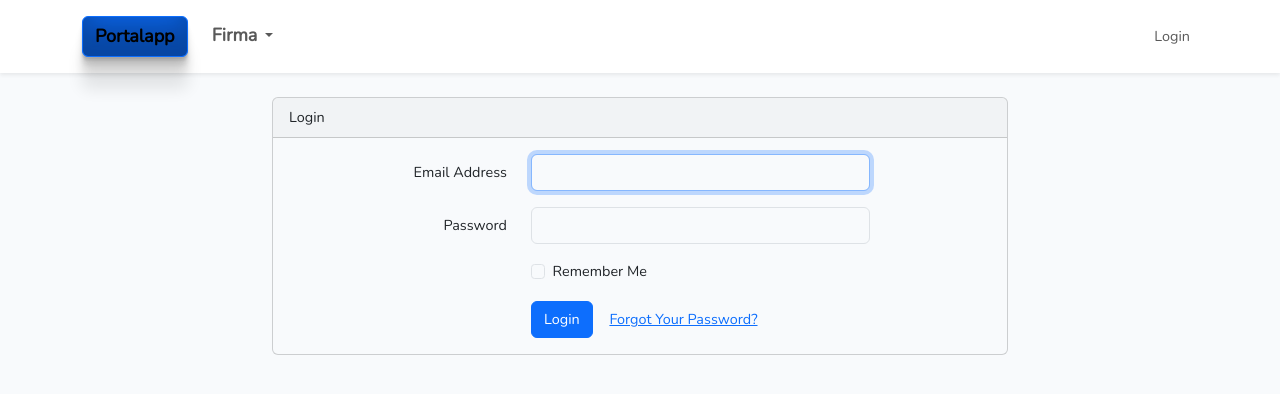
Repository: oguzhansade/portalapp
Page: http://localhost/login
These files come from the project's save history. The page is drawn as it stood at one moment and after the next save; the edit follows.
The browser window is 1280 px wide. The pictures show the whole page.
The page is served by the project's Laravel application, run on PHP 8.4 with Laravel 9. Other server files are loaded and not shown. Style sheets and scripts are compiled from the project's sources, by tool versions that may differ from the author's.

Above is the page before, as saved 2023-06-29 11:42:34.

### routes/web.php
<?php

use Illuminate\Support\Facades\Route;
use Illuminate\Support\Facades\Auth;

/*
|--------------------------------------------------------------------------
| Web Routes
|--------------------------------------------------------------------------
|
| Here is where you can register web routes for your application. These
| routes are loaded by the RouteServiceProvider within a group which
| contains the "web" middleware group. Now create something great!
|
*/
Route::get('/', function () {
    return view('welcome');
});
Route::get('/schnellanform', [App\Http\Controllers\front\formcraft\FormCraftController::class, 'handleSchnellanfrageForm'])->name('handleSchnellanfrageForm');
Route::get('/privatumzugform', [App\Http\Controllers\front\formcraft\FormCraftController::class, 'handlePrivatumzugForm'])->name('handlePrivatumzugForm');
Route::get('/kontaktform', [App\Http\Controllers\front\formcraft\FormCraftController::class, 'handleKontaktForm'])->name('handleKontaktForm');
Route::get('/reinigungform', [App\Http\Controllers\front\formcraft\FormCraftController::class, 'handleReinigungForm'])->name('handleReinigungForm');
Route::get('/firmenform', [App\Http\Controllers\front\formcraft\FormCraftController::class, 'handleFirmenForm'])->name('handleFirmenForm');
Route::get('/mailTester', [App\Http\Controllers\front\formcraft\FormCraftController::class, 'mailTester'])->name('mailTester');

Auth::routes(['register' => false]);

Route::group(['namespace' => 'front', 'middleware' => ['auth']], function () {
    Route::group(['namespace' => 'home', 'as' => 'home.'], function () {
        Route::get('/', [App\Http\Controllers\front\home\indexController::class, 'index'])->name('index');
    });
    Route::group(['namespace' => 'firma', 'as' => 'firma.','prefix' => 'firma'], function () {
        Route::get('/', [App\Http\Controllers\front\firma\indexController::class, 'index'])->name('index');
        Route::get('/create', [App\Http\Controllers\front\firma\indexController::class, 'create'])->name('create');
        Route::post('/create', [App\Http\Controllers\front\firma\indexController::class, 'store'])->name('store');
        Route::get('/detail/{id}', [App\Http\Controllers\front\firma\indexController::class, 'detail'])->name('detail');
        Route::get('/edit/{id}', [App\Http\Controllers\front\firma\indexController::class, 'edit'])->name('edit');
        Route::post('/edit/{id}', [App\Http\Controllers\front\firma\indexController::class, 'update'])->name('update');
        Route::get('/delete/{id}', [App\Http\Controllers\front\firma\indexController::class, 'delete'])->name('delete');
        Route::post('/data', [App\Http\Controllers\front\firma\indexController::class, 'data'])->name('data');
        Route::post('/recordData/{id}', [App\Http\Controllers\front\firma\indexController::class, 'recordData'])->name('recordData');
    });

    Route::group(['namespace' => 'offerList', 'as' => 'offerList.','prefix' => 'offerList'], function () {
        Route::get('/', [App\Http\Controllers\front\offerList\indexController::class, 'index'])->name('index');
        Route::post('/data', [App\Http\Controllers\front\offerList\indexController::class, 'data'])->name('data');
        Route::post('/statusChanger/{id}/{type}', [App\Http\Controllers\front\offerList\indexController::class, 'statusChanger'])->name('statusChanger');
        Route::get('/statusChanger/{id}/{type}', [App\Http\Controllers\front\offerList\indexController::class, 'statusChanger'])->name('statusChanger');
        Route::get('/detail/{id}/{type}', [App\Http\Controllers\front\offerList\indexController::class, 'detail'])->name('detail');

    });
});



Route::get('/home', [App\Http\Controllers\HomeController::class, 'index'])->name('home');

### resources/views/layouts/app.blade.php
<!doctype html>
<html lang="{{ str_replace('_', '-', app()->getLocale()) }}">
<head>
    <meta charset="utf-8">
    <meta name="viewport" content="width=device-width, initial-scale=1">

    <!-- CSRF Token -->
    <meta name="csrf-token" content="{{ csrf_token() }}">

    <title>{{ config('app.name', 'Laravel') }}</title>

    <!-- Fonts -->
    <link rel="dns-prefetch" href="//fonts.bunny.net">
    <link href="https://fonts.bunny.net/css?family=Nunito" rel="stylesheet">
    <link href="{{ asset('assets/vendors/material-icons/material-icons.css') }}" rel="stylesheet" type="text/css">
    <link href="{{ asset('assets/vendors/mono-social-icons/monosocialiconsfont.css') }}" rel="stylesheet" type="text/css">
    <link href="{{ asset('assets/vendors/feather-icons/feather.css') }}" rel="stylesheet" type="text/css">
    <style>
        .b-shadow {
            box-shadow: rgba(0, 0, 0, 0.17) 0px -23px 25px 0px inset, rgba(0, 0, 0, 0.15) 0px -36px 30px 0px inset, rgba(0, 0, 0, 0.1) 0px -79px 40px 0px inset, rgba(0, 0, 0, 0.06) 0px 2px 1px, rgba(0, 0, 0, 0.09) 0px 4px 2px, rgba(0, 0, 0, 0.09) 0px 8px 4px, rgba(0, 0, 0, 0.09) 0px 16px 8px, rgba(0, 0, 0, 0.09) 0px 32px 16px;
        }
        .custom-font {
            color: white;
            font-weight: 700;
        }
        .rounded-custom {
            border-radius: 35px;
        }
        a.dropdown-item:hover {
            background-color: #094AA9;
            color:white;
        }
    </style>
    <!-- Scripts -->
    @vite(['resources/sass/app.scss', 'resources/js/app.js'])
    @yield('header')
</head>
<body>
    <div id="app">
        <nav class="navbar navbar-expand-md navbar-light bg-white shadow-sm ">
            <div class="container py-2">
                <a class="btn btn-primary navbar-brand b-shadow" href="{{ url('/') }}">
                    <b>{{ config('app.name', 'Laravel') }}</b>
                </a>
                <button class="navbar-toggler" type="button" data-bs-toggle="collapse" data-bs-target="#navbarSupportedContent" aria-controls="navbarSupportedContent" aria-expanded="false" aria-label="{{ __('Toggle navigation') }}">
                    <span class="navbar-toggler-icon"></span>
                </button>

                <div class="collapse navbar-collapse " id="navbarSupportedContent">
                    <!-- Left Side Of Navbar -->
                    <ul class="navbar-nav me-auto ">
                        <li class="nav-item dropdown ml-5">
                            <a id="navbarDropdown" class="nav-link dropdown-toggle " href="#" role="button" data-bs-toggle="dropdown" aria-haspopup="true" aria-expanded="false" v-pre>
                               <strong class="h5 " style="font-weight: bolder;">Firma</strong>
                            </a>

                            <div class="dropdown-menu" aria-labelledby="navbarDropdown">
                                <a class="dropdown-item h5" href="{{ route('firma.index') }}">
                                    Firma Listesi
                                </a>
                                <a class="dropdown-item h5" href="{{ route('firma.create') }}">
                                    Firma Ekle
                                </a>
                            </div>
                        </li>
                    </ul>

                    <!-- Right Side Of Navbar -->
                    <ul class="navbar-nav ms-auto">
                        <!-- Authentication Links -->
                        @guest
                            @if (Route::has('login'))
                                <li class="nav-item">
                                    <a class="nav-link" href="{{ route('login') }}">{{ __('Login') }}</a>
                                </li>
                            @endif

                            @if (Route::has('register'))
                                <li class="nav-item">
                                    <a class="nav-link" href="{{ route('register') }}">{{ __('Register') }}</a>
                                </li>
                            @endif
                        @else
                            <li class="nav-item dropdown">
                                <a id="navbarDropdown" class="nav-link dropdown-toggle h4 px-4 py-2 bg-primary text-white b-shadow rounded-custom" href="#" role="button" data-bs-toggle="dropdown" aria-haspopup="true" aria-expanded="false" v-pre>
                                    {{ Auth::user()->name }}
                                </a>

                                <div class="dropdown-menu dropdown-menu-end" aria-labelledby="navbarDropdown">
                                    <a class="dropdown-item" href="{{ route('logout') }}"
                                       onclick="event.preventDefault();
                                                     document.getElementById('logout-form').submit();">
                                        {{ __('Logout') }}
                                    </a>

                                    <form id="logout-form" action="{{ route('logout') }}" method="POST" class="d-none">
                                        @csrf
                                    </form>
                                </div>
                            </li>
                        @endguest
                    </ul>
                </div>
            </div>
        </nav>

        <main class="py-4">
            @yield('content')
        </main>
    </div>
    <script src="https://code.jquery.com/jquery-3.6.0.min.js"></script>
    @yield('footer')
</body>
</html>

Loaded but not shown: app/Http/Controllers/Auth/ConfirmPasswordController.php (common file); app/Http/Controllers/Controller.php (common file); app/Http/Controllers/Auth/LoginController.php (common file); resources/views/auth/login.blade.php (common file); public/assets/vendors/material-icons/material-icons.css (common file); public/assets/vendors/mono-social-icons/monosocialiconsfont.css (common file); public/assets/vendors/feather-icons/feather.css (library); resources/sass/app.scss (common file); resources/sass/_variables.scss (common file)

After the next save:
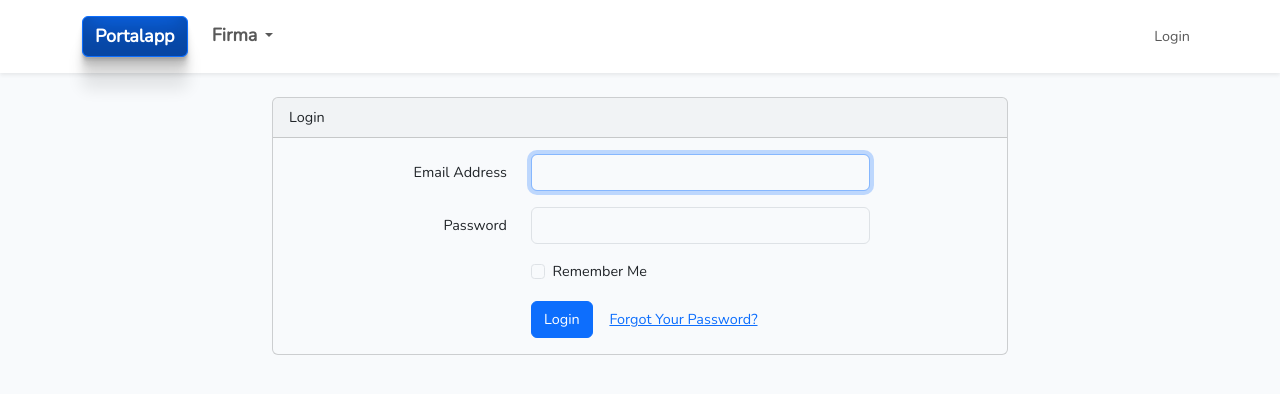
Saved 11 s later.
--- a/resources/views/layouts/app.blade.php
+++ b/resources/views/layouts/app.blade.php
@@ -39,7 +39,7 @@
     <div id="app">
         <nav class="navbar navbar-expand-md navbar-light bg-white shadow-sm ">
             <div class="container py-2">
-                <a class="btn btn-primary navbar-brand b-shadow" href="{{ url('/') }}">
+                <a class="btn btn-primary rounded text-white navbar-brand b-shadow" href="{{ url('/') }}">
                     <b>{{ config('app.name', 'Laravel') }}</b>
                 </a>
                 <button class="navbar-toggler" type="button" data-bs-toggle="collapse" data-bs-target="#navbarSupportedContent" aria-controls="navbarSupportedContent" aria-expanded="false" aria-label="{{ __('Toggle navigation') }}">
